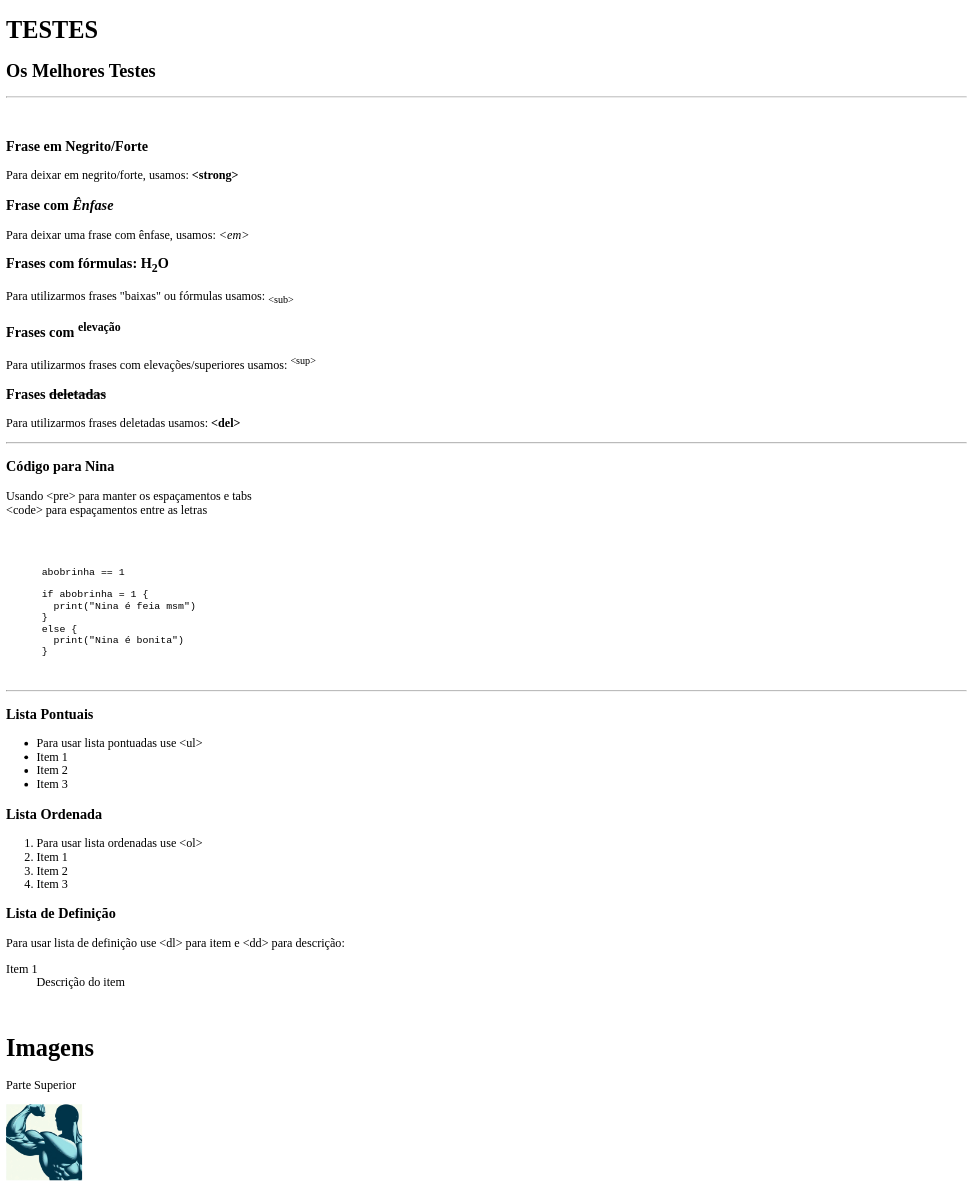
Repository: LuidyOn/Site_Forca_Total
Page: ForçaTotal/teste.html
An editor plug-in stored every save of this project. The page is shown before and after the next save, followed by the edit.
The browser window is 1280 px wide. The pictures show the whole page, at 76% of full size.

Above is the page before, as saved 2025-05-15 14:14:23.

After the next save:
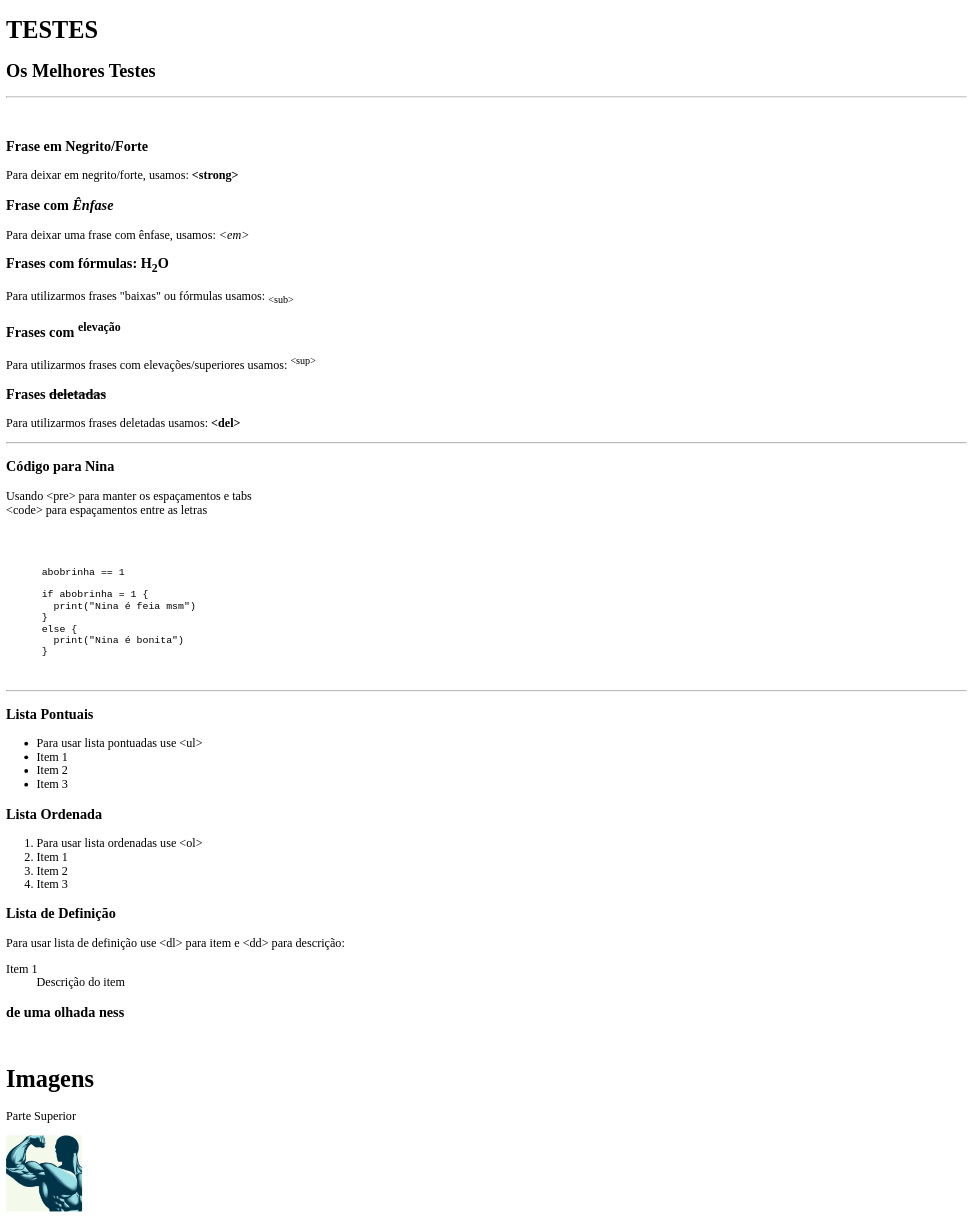
Saved 6 s later.
--- a/ForçaTotal/teste.html
+++ b/ForçaTotal/teste.html
@@ -77,7 +77,7 @@
       <dd>Descrição do item</dd>
     </dl>
 
-    <h3></h3>
+    <h3>de uma olhada ness</h3>
 
   <p><br></p>
 
